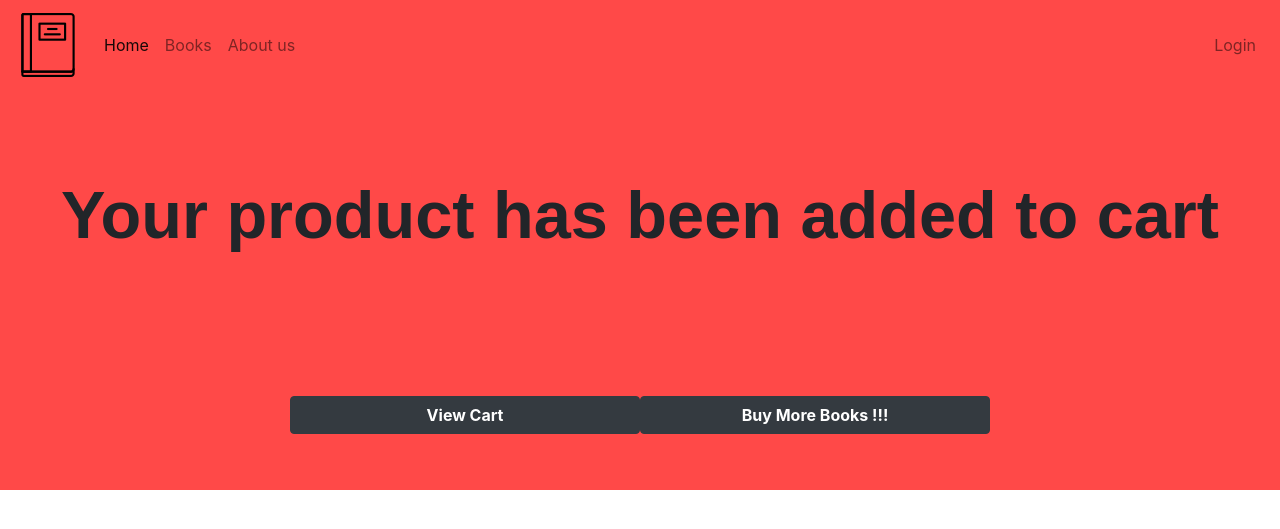
Repository: abhishekgandhi2398/BookStore
Page: http://localhost/BookStore/addedtocart.jsp
An editor plug-in stored every save of this project. The page is shown before and after the next save, followed by the edit.
The browser window is 1280 px wide. The pictures show the whole page.
The page is served by Tomcat 9. Other server files are loaded and not shown.

Above is the page before, as saved 2019-12-06 12:59:38.
Console error: TypeError: Cannot read properties of undefined (reading 'fn')

### ProjectJava/BookStore/WebContent/addedtocart.jsp
<%@ page language="java" contentType="text/html; charset=ISO-8859-1"
    pageEncoding="ISO-8859-1"
     import="com.BookStore.Dao.*,com.BookStore.User.*,java.util.*" %>
<%@ taglib prefix="c" uri="http://java.sun.com/jsp/jstl/core" %>

<!DOCTYPE html>
<html>
<head>
<meta charset="ISO-8859-1">
<link rel="stylesheet" href="https://maxcdn.bootstrapcdn.com/bootstrap/4.0.0/css/bootstrap.min.css">
<script src="https://maxcdn.bootstrapcdn.com/bootstrap/4.0.0/js/bootstrap.min.js"></script>

<title>Insert title here</title>
</head>
<body>

<nav class="navbar navbar-expand-lg navbar-light" style="background-color: #FF4948">
  <img src="img/logo.png" class="navbar-brand">
  <button class="navbar-toggler" type="button" data-toggle="collapse" data-target="#navbarTogglerDemo02" aria-controls="navbarTogglerDemo02" aria-expanded="false" aria-label="Toggle navigation">
    <span class="navbar-toggler-icon"></span>
  </button>

  <div class="collapse navbar-collapse" id="navbarTogglerDemo02">
    <ul class="navbar-nav mr-auto mt-2 mt-lg-0">
      <li class="nav-item active">
        <a class="nav-link" href="1.jsp">Home <span class="sr-only">(current)</span></a>
      </li>
      <li class="nav-item">
        <a class="nav-link" href="User_Products.jsp">Books</a>
      </li>
      <li class="nav-item">
        <a class="nav-link" href="#">About us</a>
      </li>
    </ul>

    <form class="form-inline my-2 my-lg-0">
        <ul class="navbar-nav mr-auto mt-2 mt-lg-0">

     <%
String q=(String)session.getAttribute("mobno");

if(q==null)
{
     %>
       <li class="nav-item">
        <a class="nav-link" href="ulogin.jsp">Login</a>
      </li>
<%}
else
{ %>
      <li class="nav-item">
        <a class="nav-link" href="vc.jsp">View Cart</a>
      </li>
      <li class="nav-item">
        <a class="nav-link" href="vieworderuser.jsp">View Orders</a>
      </li>
        <li class="nav-item">
        <a class="nav-link" href="ulogout.jsp">Logout</a>
      </li>

  <%      }


%>
      </ul>


    </form>
  </div>
</nav>


<div style="background-color: #FF4948; height: 250px; width: 100%;" class="d-flex justify-content-center  align-items-center">
		<br>	<br>	<br>	<br>
		<b style="font-family: sans-serif; font-size: 50pt;">Your product has been added to cart</b>
		<br>
</div>


<div style="background-color: #FF4948; height: 150px; width: 100%;" class="d-flex justify-content-center  align-items-center">
		<a href="vc.jsp" class="btn btn-dark" style="height: 80x; width: 350px;"><b>View Cart</b></a>
		<br>
		<br>
		<a href="User_Products.jsp" class="btn btn-dark" style="height: 80x; width: 350px;"><b>Buy More Books !!!</b></a>


<br>
<br>
<br>
<br>

</div>

<br>

</body>
</html>

After the next save:
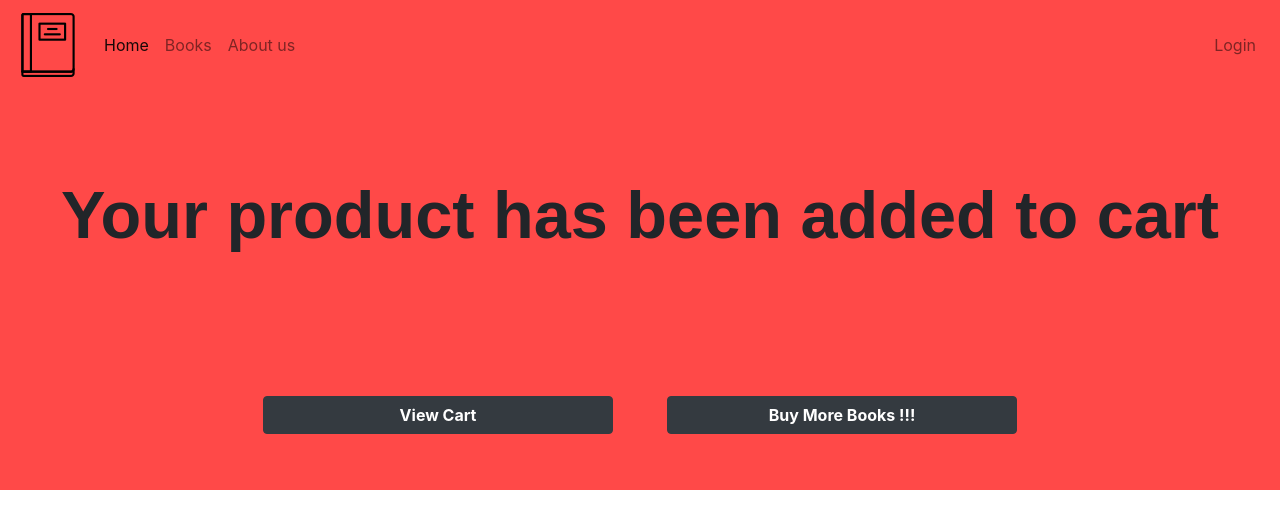
Saved 54 s later.
--- a/ProjectJava/BookStore/WebContent/addedtocart.jsp
+++ b/ProjectJava/BookStore/WebContent/addedtocart.jsp
@@ -78,7 +78,7 @@ else
 
 
 <div style="background-color: #FF4948; height: 150px; width: 100%;" class="d-flex justify-content-center  align-items-center">
-		<a href="vc.jsp" class="btn btn-dark" style="height: 80x; width: 350px;"><b>View Cart</b></a>
+		<a href="vc.jsp" class="btn btn-dark" style="height: 80x; width: 350px;"><b>View Cart</b></a> &nbsp;&nbsp;&nbsp;&nbsp;&nbsp;&nbsp;&nbsp;&nbsp;&nbsp;&nbsp;&nbsp;&nbsp;
 		<br>
 		<br>
 		<a href="User_Products.jsp" class="btn btn-dark" style="height: 80x; width: 350px;"><b>Buy More Books !!!</b></a>
